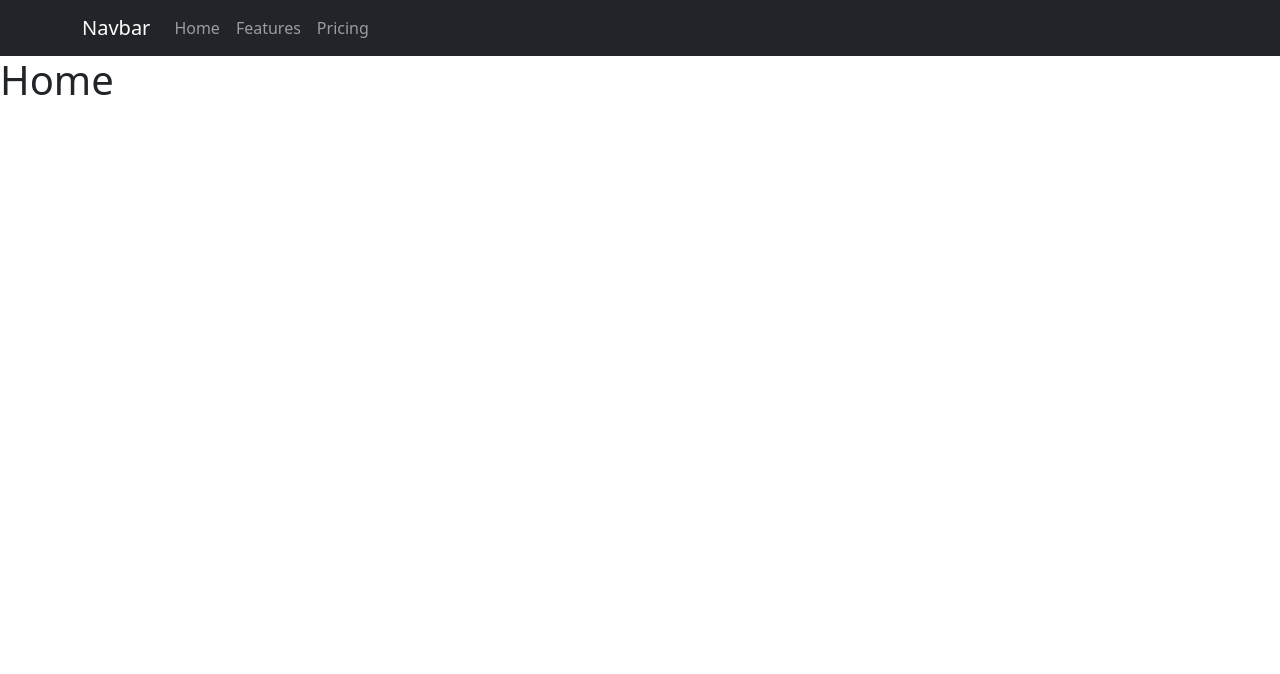
Repository: ankitgujre01/React-day-12
Page: / (app in crud/)
An editor plug-in stored every save of this project. The page is shown before and after a run of saves, followed by the edit.
The browser window is 1280 px wide. The pictures show the whole page.
The project was rebuilt for these pictures with package versions that can differ from the ones it lists, and the page was loaded fresh each time. Also part of the build but not shown: crud/vite.config.js, crud/src/css/style.css.

Above is the page before, as saved 2025-04-11 23:03:27.

After the next 2 saves:
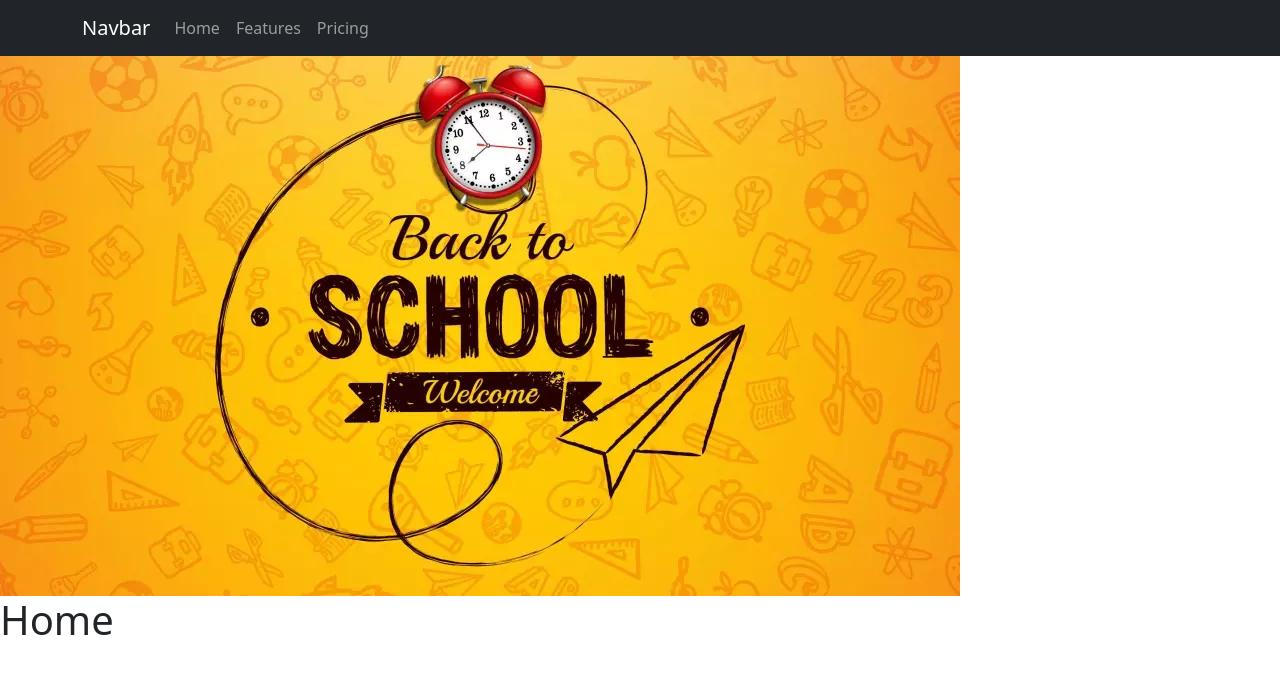
The 2 saves are shown as one change because they came seconds apart.
The last was saved 35 s later.
--- a/crud/src/Layout.jsx
+++ b/crud/src/Layout.jsx
@@ -5,6 +5,7 @@ const Layout = () => {
   return (
       <>
           <TopNav />
+          <TopBanner/>
           <Outlet/>
       </>
   )
